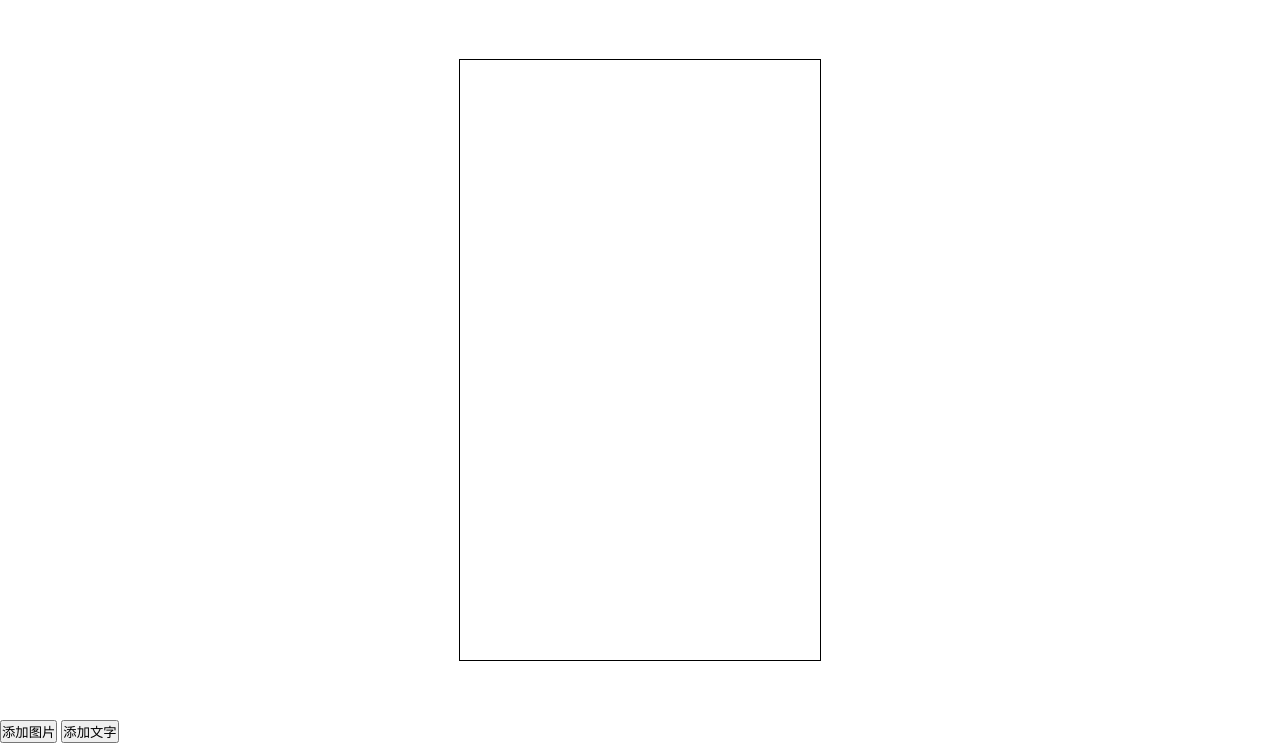
Repository: Xekin-FE/canvas-image-editor
Page: index.html
These files come from the project's save history. The page is drawn as it stood at one moment and after the next save; the edit follows.
The browser window is 1280 px wide. The pictures show the whole page.

Above is the page before, as saved 2018-12-14 14:15:09.
Console error: SyntaxError: Cannot use import statement outside a module

### index.html
<!DOCTYPE html>
<html lang="en">
<head>
    <meta charset="UTF-8">
    <meta name="viewport" content="width=device-width, initial-scale=1.0">
    <meta http-equiv="X-UA-Compatible" content="ie=edge">
    <title>Document</title>
</head>
<link rel="stylesheet" href="./static/css/main.css">
<body>
    <div id="app">
        <canvas id="main" height="600" width="360"></canvas>
    </div>
    <button onclick="addImage">添加图片</button>
    <button onclick="addText">添加文字</button>
    <script src="./modules/canvas.js"></script>
    <script src="./modules/main.js"></script>
</body>
</html>

### static/css/main.css
*{
    padding: 0;
    margin: 0;
}
html,body{
    height: 100%;
}
#app{
    width: 100vw;
    height: 100%;
    position: relative;
}
#app #main{
    border: 1px solid #000;
    position: absolute;
    top: 50%;left: 50%;
    transform: translate(-50%,-50%);
}

### modules/canvas.js
// var c = document.getElementById("myCanvas");
// c.width=img.width;
// c.height=img.height;
// var cxt = c.getContext("2d");
// cxt.fillStyle = "rgba(255, 255, 255, 0)";
// cxt.fillRect(0, 0, c.width, c.height);
// cxt.drawImage(img,0,0);
// cxt.save();
// cxt.font = fsz+"px Arial";
// cxt.textBaseline = 'middle';//更改字号后，必须重置对齐方式，否则居中麻烦。设置文本的垂直对齐方式
// cxt.textAlign = 'center';
// var tw = cxt.measureText(text).width;
// var ftop = c.height/2-5;
// var fleft = c.width/2;
// cxt.fillStyle="#ff0000";
// cxt.fillRect(fleft-tw/2,ftop-fsz/2,tw,fsz);//矩形在画布居中方式
// cxt.fillStyle="#ffffff";
// cxt.fillText(text,fleft,ftop);//文本元素在画布居中方式
// cxt.strokeStyle = 'white';
// cxt.strokeText(text,fleft,ftop);//文字边框
import Base from '../class/Base'
import Image from '../class/Image'
import Text from '../class/Text'
const canvas =  {




}

export default canvas;

### modules/main.js

import canvas from './canvas'

const addImage = () => {
    alert('addImage')
}
const addText = () => {
    alert('addText')
}
let can = document.querySelector('#main')

After the next save:
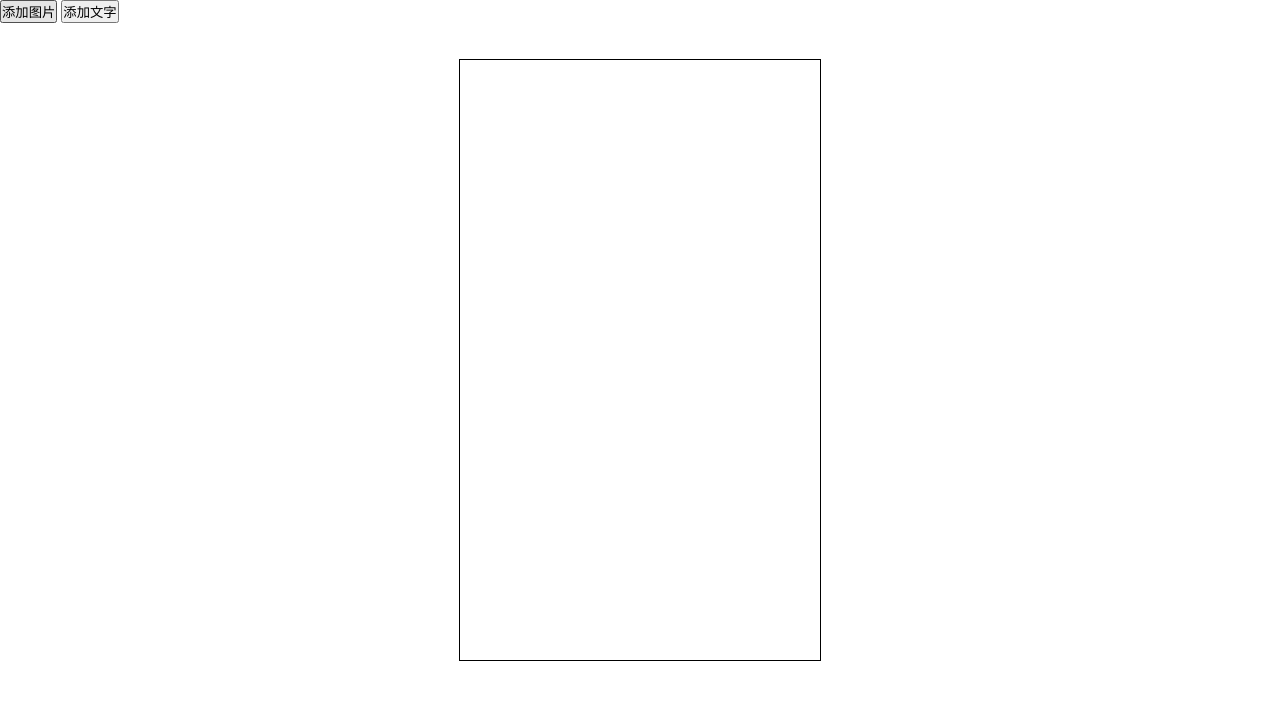
Saved 38 s later.
--- a/index.html
+++ b/index.html
@@ -10,9 +10,9 @@
 <body>
     <div id="app">
         <canvas id="main" height="600" width="360"></canvas>
+        <button onclick="addImage">添加图片</button>
+        <button onclick="addText">添加文字</button>
     </div>
-    <button onclick="addImage">添加图片</button>
-    <button onclick="addText">添加文字</button>
     <script src="./modules/canvas.js"></script>
     <script src="./modules/main.js"></script>
 </body>
